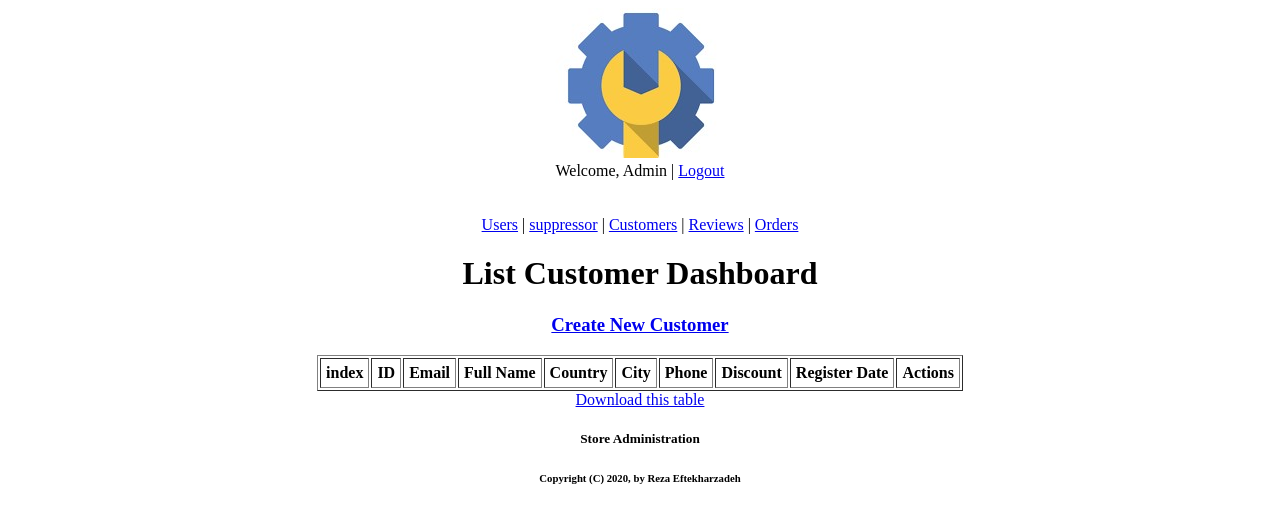
Repository: RezaEftekharzadeh/frey
Page: http://localhost/SilencerStoreProject/admin/customer_list.jsp
The author's editor kept a copy of each file at every save. The page is drawn from the files as they stood at one save, then again after the next save.
The browser window is 1280 px wide. The pictures show the whole page.
The page is served by Tomcat 9. Nobody is signed in. The application's start-up code is not run. The template is opened directly, without the code that normally fills it, so the values that code supplies are empty.

Above is the page before, as saved 2020-08-14 13:10:12.

After the next save:
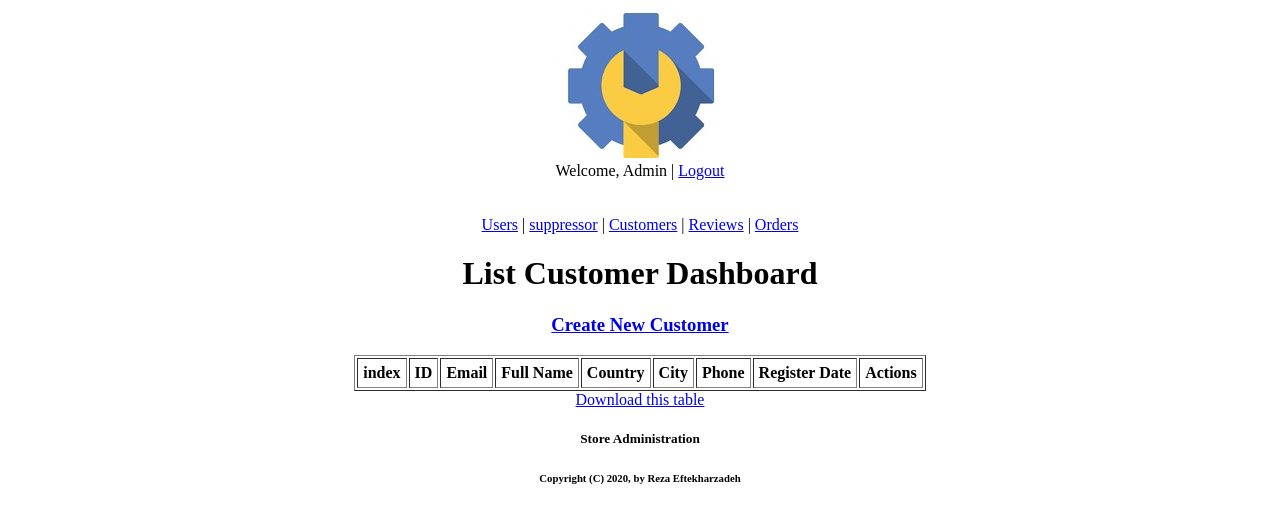
Saved 1 s later.
--- a/SilencerStoreProject/WebContent/admin/customer_list.jsp
+++ b/SilencerStoreProject/WebContent/admin/customer_list.jsp
@@ -50,7 +50,6 @@
 				<th>Country</th>
 				<th>City</th>
 				<th>Phone</th>
-				<th>Discount</th>
 				<th>Register Date</th>
 				<th>Actions</th>
 			</tr>
@@ -63,7 +62,6 @@
 					<td>${customer.country}</td>
 					<td>${customer.city}</td>
 					<td>${customer.phone}</td>
-					<td><input type="text" size = "3"></td>
 					<td>${customer.registerDate}</td>
 
 					<td>
